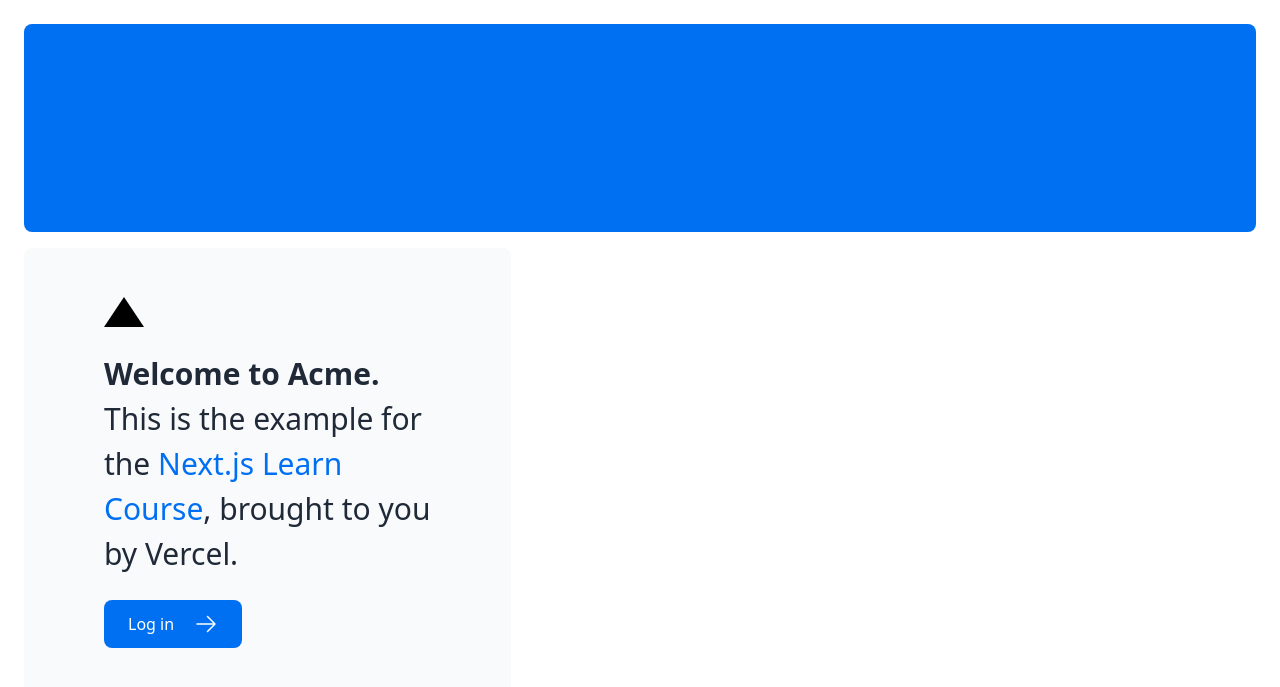
Repository: mrthanhdo/nextjs-my-dashboard
Page: /
The author's editor kept a copy of each file at every save. The page is drawn from the files as they stood at one save, then again after the next save.
The browser window is 1280 px wide. The pictures show the whole page.
The project was rebuilt for these pictures with package versions that can differ from the ones it lists, and the page was loaded fresh each time. The framework's server and built-in components were replaced by stand-ins that run in the browser. Also part of the build but not shown: next.config.js.

Above is the page before, as saved 2024-06-06 09:48:04.

### app/page.tsx
import AcmeLogo from '@/app/ui/acme-logo';
import { ArrowRightIcon } from '@heroicons/react/24/outline';
import Link from 'next/link';

export default function Page() {
  return (
    <main className="flex min-h-screen flex-col p-6">
      <div className="flex h-20 shrink-0 items-end rounded-lg bg-blue-500 p-4 md:h-52">
        {/* <AcmeLogo /> */}
      </div>
      <div className="mt-4 flex grow flex-col gap-4 md:flex-row">
        <div className="flex flex-col justify-center gap-6 rounded-lg bg-gray-50 px-6 py-10 md:w-2/5 md:px-20">
          <div
            className="h-0 w-0 border-b-[30px] border-l-[20px] border-r-[20px] border-b-black border-l-transparent border-r-transparent"
          />
          <p className={`text-xl text-gray-800 md:text-3xl md:leading-normal`}>
            <strong>Welcome to Acme.</strong> This is the example for the{' '}
            <a href="https://nextjs.org/learn/" className="text-blue-500">
              Next.js Learn Course
            </a>
            , brought to you by Vercel.
          </p>
          <Link
            href="/login"
            className="flex items-center gap-5 self-start rounded-lg bg-blue-500 px-6 py-3 text-sm font-medium text-white transition-colors hover:bg-blue-400 md:text-base"
          >
            <span>Log in</span> <ArrowRightIcon className="w-5 md:w-6" />
          </Link>
        </div>
        <div className="flex items-center justify-center p-6 md:w-3/5 md:px-28 md:py-12">
          {/* Add Hero Images Here */}
        </div>
      </div>
    </main>
  );
}

Loaded but not shown: app/layout.tsx (common file); app/ui/global.css (common file); tailwind.config.ts (common file)

After the next save:
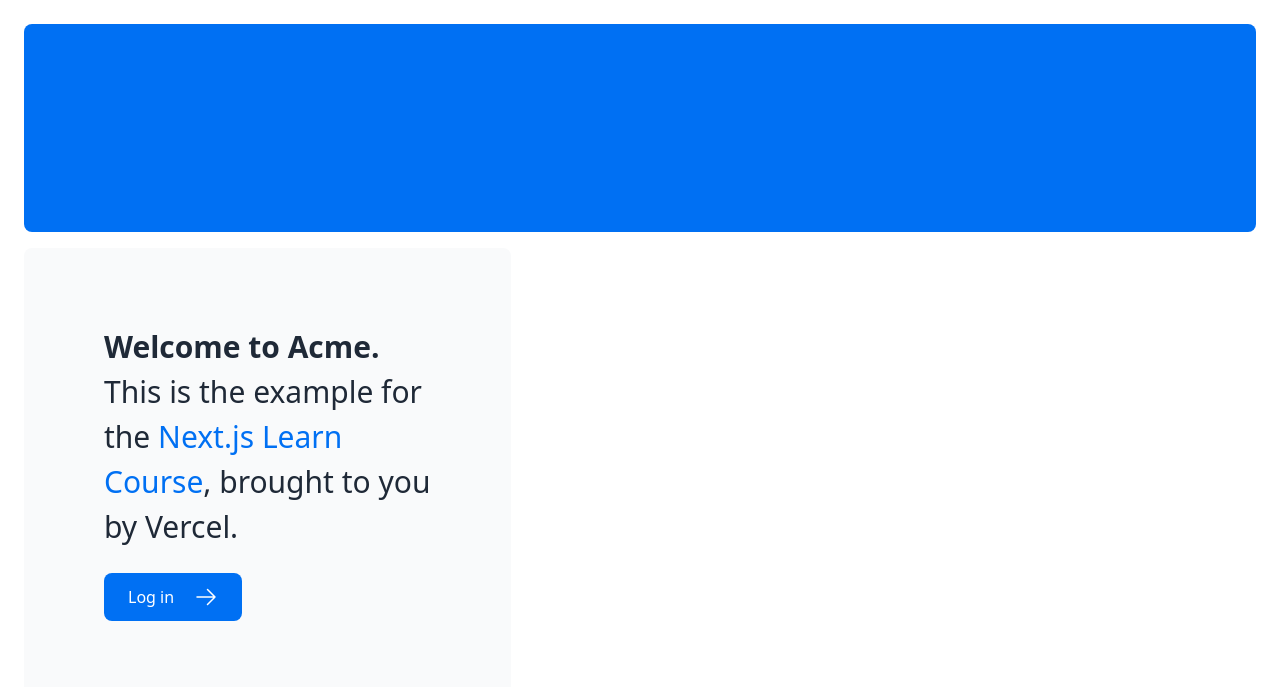
Saved 16 s later.
--- a/app/page.tsx
+++ b/app/page.tsx
@@ -10,9 +10,9 @@
       </div>
       <div className="mt-4 flex grow flex-col gap-4 md:flex-row">
         <div className="flex flex-col justify-center gap-6 rounded-lg bg-gray-50 px-6 py-10 md:w-2/5 md:px-20">
-          <div
+          {/* <div
             className="h-0 w-0 border-b-[30px] border-l-[20px] border-r-[20px] border-b-black border-l-transparent border-r-transparent"
-          />
+          /> */}
           <p className={`text-xl text-gray-800 md:text-3xl md:leading-normal`}>
             <strong>Welcome to Acme.</strong> This is the example for the{' '}
             <a href="https://nextjs.org/learn/" className="text-blue-500">

After the save that followed:
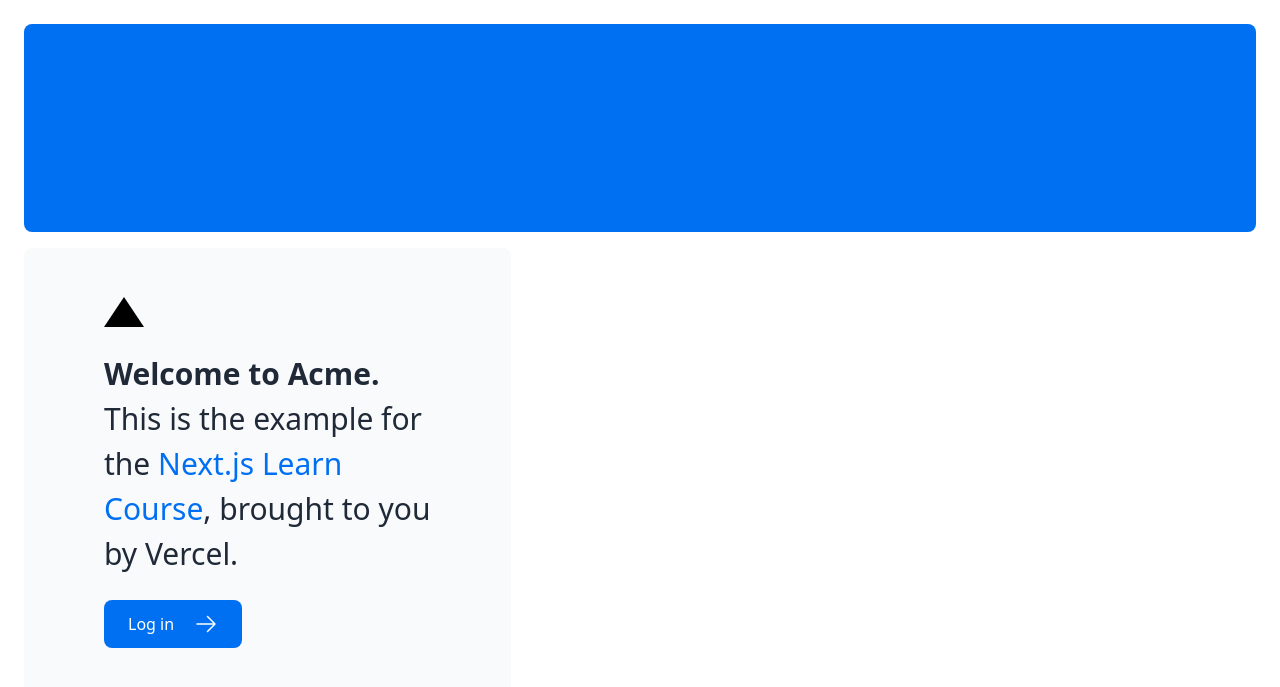
Saved 9 s later.
--- a/app/page.tsx
+++ b/app/page.tsx
@@ -10,9 +10,9 @@
       </div>
       <div className="mt-4 flex grow flex-col gap-4 md:flex-row">
         <div className="flex flex-col justify-center gap-6 rounded-lg bg-gray-50 px-6 py-10 md:w-2/5 md:px-20">
-          {/* <div
+          <div
             className="h-0 w-0 border-b-[30px] border-l-[20px] border-r-[20px] border-b-black border-l-transparent border-r-transparent"
-          /> */}
+          />
           <p className={`text-xl text-gray-800 md:text-3xl md:leading-normal`}>
             <strong>Welcome to Acme.</strong> This is the example for the{' '}
             <a href="https://nextjs.org/learn/" className="text-blue-500">
